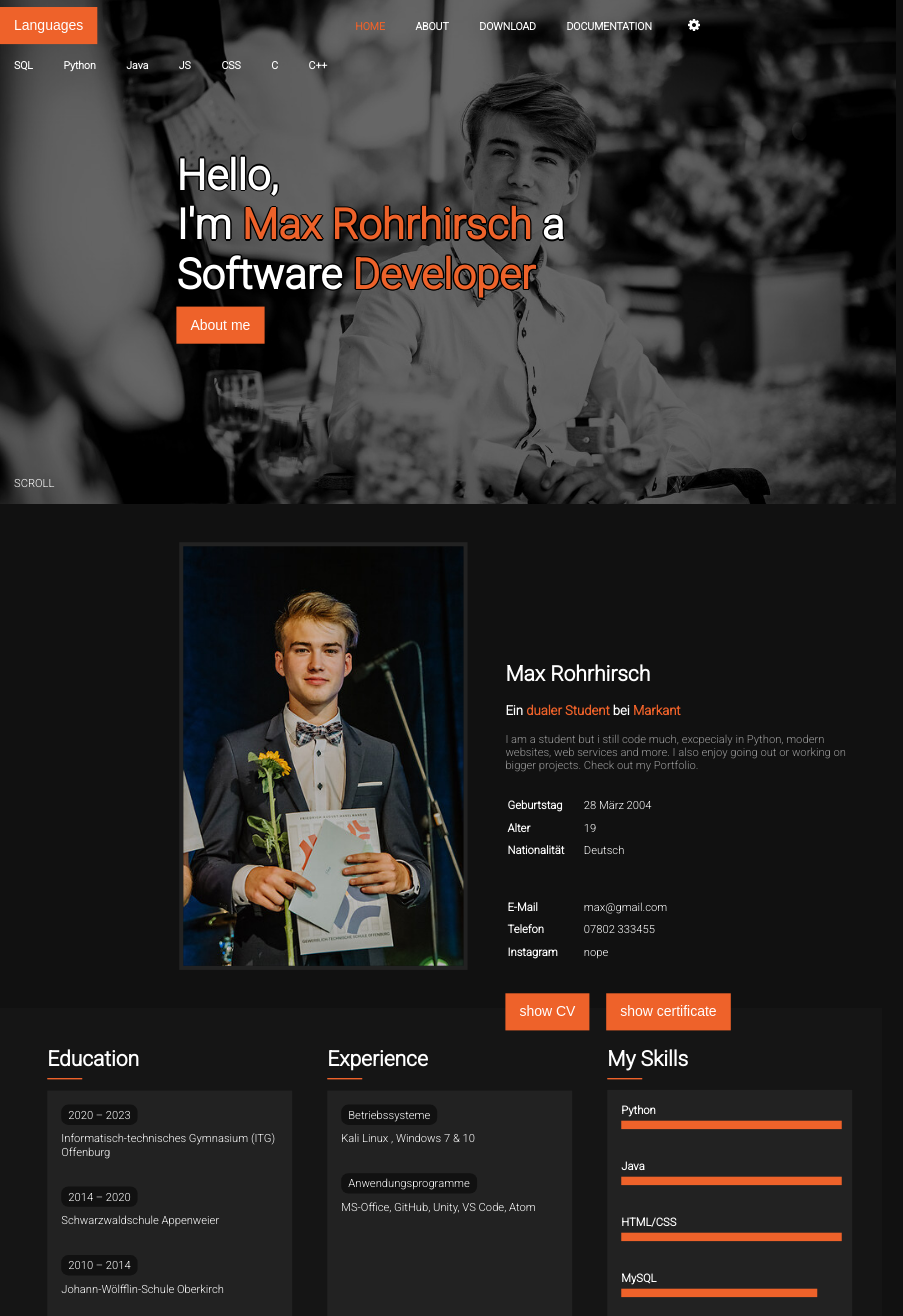
Repository: Max-Rohrhirsch/Max-Rohrhirsch.github.io
Page: index.html
These files come from the project's save history. The page is drawn as it stood at one moment and after the next save; the edit follows.
The browser window is 1280 px wide. The page is 1290 px wide, so the pictures cover 1290 px, including what lies to the right of the window. The pictures show the part of the page from y = 0 to 1880 px (the page is 2903 px tall), at 70% of full size.

Above is the page before, as saved 2023-10-15 15:18:02.

### index.html
<html>
    <head>
        <title>My Portfolio</title>

        <meta name="viewport" content="width=device-width, initial-scale=1">
        <meta name="description" lang="en" content="Documentation of many things I learned">
        <meta name="keywords" content="HTML, CSS, JavaScript, Coding, max">
        <meta name="author" content="Rohrhirsch Max">

        <link rel="preconnect" href="https://fonts.googleapis.com">
        <link rel="preconnect" href="https://fonts.gstatic.com" crossorigin>
        <link href="https://fonts.googleapis.com/css2?family=Roboto:wght@300&display=swap" rel="stylesheet">
        <link rel="stylesheet" href="https://cdnjs.cloudflare.com/ajax/libs/font-awesome/4.7.0/css/font-awesome.min.css">

        <link rel="stylesheet" href="/style.css">
        <link rel="icon" type="image/x-icon" href="/Bilder/favicon.ico">
    </head>
    <body>
        <div class="header">
            <a href="#home"><colored>HOME</colored></a>
            <a href="#about">ABOUT</a>
            <a href="#downloads">DOWNLOAD</a>
            <a href="/documentation/documentation.html">DOCUMENTATION</a>

            <a class="settings">
                <span class="icon"><i class="fa fa-gear" style="font-size:20px;"></i></span>
                <button class="text" onclick='document.querySelector(":root").style.setProperty("--main-special-color", "#ee622a")'></button>
                <button class="text" onclick='document.querySelector(":root").style.setProperty("--main-special-color", "#2e7f49")'></button>
                <button class="text" onclick='document.querySelector(":root").style.setProperty("--main-special-color", "#d83131")'></button>
                <button class="text" onclick='document.querySelector(":root").style.setProperty("--main-special-color", "#194e94")'></button>
            </a>

            <div class="dropdown" style="float:left;">
                <button class="dropbtn">Languages</button>
                <div class="dropdown-content" style="left:0;">
                    <a href="/documentation/languages/sql/sql.html">SQL</a>
                    <a href="/documentation/languages/python/python.html">Python</a>
                    <a href="/documentation/languages/java/java.html">Java</a>
                    <a href="/documentation/languages/js.html">JS</a>
                    <a href="/documentation/languages/css.html">CSS</a>
                    <a href="/documentation/languages/c.html">C</a>
                    <a href="/documentation/languages/cpp.html">C++</a>
                </div>
            </div>
        </div>

        <!-- ------ HOME ----- -->
        <div class="home block" id="home">
            <h1>
                Hello,<br>
                I'm <colored>Max Rohrhirsch</colored> a <br>
                Software <colored><span id="rotating">Developer</span></colored><br>
                <button onclick="window.location.href='#about';">About me</button>
            </h1>

            <img src="/Bilder/Ich bwl.jpg" class="BGIMG">
            <a id="scroll" href="#about">SCROLL</a>
        </div>

        <!-- ------ ABOUT ----- -->
        <div class="about block" id="about">
            <img src="/Bilder/Ich zeugnis.jpg">

            <div id="info">
                <h2>Max Rohrhirsch</h2>
                <h3>Ein <colored>dualer Student</colored> bei <colored>Markant</colored></h3>
                <p>
                    I am a student but i still code much,
                    excpecialy in Python, modern websites,
                    web services and more.
                    I also enjoy going out or working on bigger projects. Check out my Portfolio.
                </p>
                <table id="table1">
                    <tr>
                        <th>Geburtstag</th>
                        <td>28 März 2004</td>
                    </tr>
                    <tr>
                        <th>Alter</th>
                        <td>19</td>
                    </tr>
                    <tr>
                        <th>Nationalität</th>
                        <td>Deutsch</td>
                    </tr>
                </table>
                <table id="table2">
                    <tr>
                        <th>E-Mail</th>
                        <td>max@gmail.com</td>
                    </tr>
                    <tr>
                        <th>Telefon</th>
                        <td>07802 333455</td>
                    </tr>
                    <tr>
                        <th>Instagram</th>
                        <td>nope</td>
                    </tr>
                </table><br>
                <button>show CV</button>
                <button>show certificate</button>
            </div>
        </div>

        <!-- ------ EXPERIENCE ----- -->
        <div class="exper block">
            <div class="centered">
                <div class="ed" style="left: 0;">
                    <h2>Education</h2>
                    <hr>
                    <div class="edBlock">
                        <p>
                            <date style="margin-top: 0;">2020 – 2023</date><br>    Informatisch-technisches Gymnasium (ITG) Offenburg<br>
                            <date>2014 – 2020</date><br>    Schwarzwaldschule Appenweier<br>
                            <date>2010 – 2014</date><br>	Johann-Wölfflin-Schule Oberkirch
                        </p>
                    </div>
                </div>
                <div class="ed" style="left: 400px;">
                    <h2>Experience</h2>
                    <hr>
                    <div class="edBlock">
                        <p>
                            <date style="margin-top: 0;">Betriebssysteme</date><br>	Kali Linux , Windows 7 & 10<br>
                            <date>Anwendungsprogramme</date><br>MS-Office, GitHub, Unity, VS Code, Atom
                        </p>
                    </div>
                </div>
                <div class="ed" style="left: 800px;">
                    <h2>My Skills</h2>
                    <hr>
                    <div class="edBlock" style="left: 700px;">
                        <div id="skill">
                            Python      <span class="line" style="width: 90%;"></span><br>
                            Java        <span class="line" style="width: 90%;"></span><br>
                            HTML/CSS    <span class="line" style="width: 90%;"></span><br>
                            MySQL       <span class="line" style="width: 80%;"></span><br>
                            C/C++       <span class="line" style="width: 60%;"></span><br>
                            Javascript  <span class="line" style="width: 60%;"></span>
                        </div>
                    </div>
                </div>
            </div>
        </div>

        <!-- ------ DOWNLOAD ----- -->
        <div class="downloads block" id="downloads">
            <h2><colored>Downloads</colored></h2>
            <div class="downloadButtons">
                <button onclick='document.querySelectorAll(".downBlock").forEach(a=>a.style.display = "none");document.getElementById("down1").style.display = "inline-flex";'>new OS</button>
                <button onclick='document.querySelectorAll(".downBlock").forEach(a=>a.style.display = "none");document.getElementById("down2").style.display = "inline-flex";'>small Python</button>
                <button onclick='document.querySelectorAll(".downBlock").forEach(a=>a.style.display = "none");document.getElementById("down3").style.display = "inline-flex";'>assistent</button>
                <button onclick='document.querySelectorAll(".downBlock").forEach(a=>a.style.display = "none");document.getElementById("down4").style.display = "inline-flex";'>Search Engine</button>
                <button onclick='document.querySelectorAll(".downBlock").forEach(a=>a.style.display = "none");document.getElementById("down5").style.display = "inline-flex";'>Transcoder</button>
            </div>

            <!-- ----------- Many diverent download blocks ---------- -->
            <div class="downBlock" id="down1">
                <div class="download">
                    <a class="downEl" href="/Bilder/ich 4.jpg" download>
                        bin/
                    </a>
                    <a class="downEl" href="" download>
                        README.md
                    </a>
                </div>
                <div class="downInfo">
                    <h2><colored>Repository</colored></h2>
                    <a>github.com/dddddd/heehhh</a>
                    <hr>
                    <h2><colored>Version</colored></h2>
                    <p>3.4.1</p>
                </div>
            </div>

            <div class="downBlock" id="down2">
                <div class="download">
                    <a class="downEl" href="/Bilder/ich 4.jpg" download>
                        home/
                    </a>
                    <a class="downEl" href="" download>
                        README.md2
                    </a>
                </div>
                <div class="downInfo">
                    <h2><colored>Repository</colored></h2>
                    <a>github.com/dddddd/heehhh</a>
                    <hr>
                    <h2><colored>Version</colored></h2>
                    <p>3.4.1</p>
                </div>
            </div>

            <div class="downBlock" id="down3">
                <div class="download">
                    <a class="downEl" href="/Bilder/ich 4.jpg" download>
                        usr/
                    </a>
                    <a class="downEl" href="" download>
                        README.md3
                    </a>
                </div>
                <div class="downInfo">
                    <h2><colored>Repository</colored></h2>
                    <a>github.com/dddddd/heehhh</a>
                    <hr>
                    <h2><colored>Version</colored></h2>
                    <p>3.4.1</p>
                </div>
            </div>

            <div class="downBlock" id="down4">
                <div class="download">
                    <a class="downEl" href="/Bilder/ich 4.jpg" download>
                        usr/
                    </a>
                    <a class="downEl" href="" download>
                        README.md4
                    </a>
                </div>
                <div class="downInfo">
                    <h2><colored>Repository</colored></h2>
                    <a>github.com/dddddd/heehhh</a>
                    <hr>
                    <h2><colored>Version</colored></h2>
                    <p>3.4.1</p>
                </div>
            </div>

            <div class="downBlock" id="down5">
                <div class="download">
                    <a class="downEl" href="/Bilder/ich 4.jpg" download>
                        usr/
                    </a>
                    <a class="downEl" href="" download>
                        README.md5
                    </a>
                </div>
                <div class="downInfo">
                    <h2><colored>Repository</colored></h2>
                    <a>github.com/dddddd/heehhh</a>
                    <hr>
                    <h2><colored>Version</colored></h2>
                    <p>3.4.1</p>
                </div>
            </div>

        </div>

        <!-- ------ SCRIPT FOR HEADER ----- -->
        <script>
            var scrollTrigger = 60;

            window.onscroll = function() {
                if (window.scrollY >= scrollTrigger || window.pageYOffset >= scrollTrigger) {
                    document.getElementsByClassName("header")[0].classList.add("active");
                } else {
                    document.getElementsByClassName("header")[0].classList.remove("active");
                }
            };
        </script>
    </body>
</html>

### style.css
:root {
    --main-special-color: #ee622a;
    --main-bg-color: #111;
    transition: 3s;
    scroll-behavior: smooth;
}

body {
    background-color: var(--main-bg-color);
    color: white;
    overflow-x: hidden;

    font-family: 'Roboto', sans-serif;
    margin: 0;
}



/* ----------------------------- MAIN STUFF --------------------------------------- */


/* ---- NAVIGATIONBAR ---- */

.active { background-color: #222}

.header {
    font-size: 15px;
    color: white;

    position: fixed;
    user-select: none;
    z-index: 2;
    display: inline-block;
    font-weight: 900;

    right: 0;
    top: 0;
    width:100%
}

.header a {
    margin: 20px;
    line-height: 60px;
    color: white;
    text-decoration: none;
}

.header:hover { cursor: pointer }


/* ---- SCROLL ---- */

#scroll {
    position: absolute;
    bottom: 20px;
    left: 20px;

    color: white;
    text-decoration: none;
}
#scroll:hover { cursor: pointer }


/* ---- Settings ---- */

.header .settings {
    color: white;
    text-decoration: none;

    border-radius: 60px;

    display: inline-flex;
    align-items: center;
    overflow:hidden;

    height: 32px;
    max-width: 32px;

    -webkit-transition: max-width 0.5s;
    transition: max-width 0.5s;
}

.header .settings:hover {
    max-width: 300px;
    background-color: #222;
}

.icon {
    font-family: "Font Awesome 5 Free";
    font-size: 16px;
    padding: 0px 8px;
    display: flex;
    align-items: center;
}

.header .text {
    padding: 5px;

    background-color:#ee622a;
    border-radius: 50%;

    width: 20px;
    height: 20px;
    margin-right: 5px;
    margin-top: 0;
}

.header .text:nth-child(2) { background-color: #ee622a }
.header .text:nth-child(3) { background-color: #2e7f49 }
.header .text:nth-child(4) { background-color: #d83131 }
.header .text:nth-child(5) { background-color: #194e94 }

/* ----- BLOCK ----- */

.block {
    width: calc(100vw - 20px);
    height: calc(100vh);
    display: flex;
}

.BGIMG {
    width: 100%;
    height: 100%;

    object-fit: cover;
    position: absolute;
    filter: brightness(40%);
    z-index: 0;

    top: 0;
    left: 0;
}


/* ------------------------------ HOME ----------------------------------- */

.home h1 {
    font-size: 60px;
    position: relative;
    z-index: 1;

    margin-top: 50vh;
    transform: translate(0, -50%);
    margin-left: 20%;

    text-shadow: 2px 0 #000, -2px 0 #000, 0 2px #000, 0 -2px #000,
             1px 1px #000, -1px -1px #000, 1px -1px #000, -1px 1px #000;

    height: 290px;
}

button {
    color: white;
    background-color: var(--main-special-color);

    padding: 15px 20px;
    border: none;
    margin-top: 10px;

    font-size: 20px;
    z-index: 1;
}
button:hover {
    cursor: pointer;
    transition: all 0.2s ease-in-out;
    box-shadow: 0 0 30px var(--main-special-color);
}

colored { color: var(--main-special-color) }


/* ------------------------------- ABOUT ------------------------------------- */

.about {
    background-color: #111;
}

.about img {
    width: 400px;

    position: absolute;
    left: 20vw;
    margin-top: 50vh;
    transform: translate(0, -50%);

    border: 6px solid #222;
}

#info {

    margin-top: 50vh;
    margin-left: calc(20% + 450px);
    transform: translate(0, -50%);

    width: 600px;
    padding: 20px;
}

h2 { font-size: 30px }

p {
    width: 500px;
    color: #999;
}

.about table {
    display: inline-block;
    text-align: left;
    margin-top: 15px;

    height: 130px;
    width: 290px;
}

table th { width: 105px }
table tr { height: 30px }
.about button { margin-right: 20px }


/* ------------------------------ EXPERIENCE ----------------------------------- */

.exper { background-color: #151515 }

.centered {
    position: absolute;

    width: 1185px;
    height: 700px;

    margin-top: 50vh;
    margin-left: 50vw;
    transform: translate(-50%, -50%);
}

.exper hr {
    color: var(--main-special-color);
    background-color: var(--main-special-color);

    height: 2px;
    width: 50px;

    margin-left: 0;
    margin-top: -15px;
    margin-bottom: 15px;

    border: none;
}

.centered .ed {
    width: 350px;
    height: 600px;

    display: block;
    position: absolute;
    text-align: left;
    padding: 20px;
}

.edBlock:hover {
    cursor: pointer;

    -webkit-box-shadow:0px 0px 41px 10px rgba(45,255,196,0.21);
    -moz-box-shadow: 0px 0px 41px 10px rgba(45,255,196,0.21);
    box-shadow: 0px 0px 41px 10px rgba(45,255,196,0.21);
}

.centered .ed .edBlock {
    height: 500px;
    width: 350px;

    background-color: #222;
}

/* ----- texts ----- */
.edBlock date {
    background-color: #111;
    padding:5px 10px;
    border-radius: 10px;
    top: 20px;
    display: inline-block;
    margin-bottom: 10px;
    margin-top: 40px;
    width: auto;
}
.edBlock p{
    padding: 20px;
    display: block;
    color: white;
    max-width: 350px;

}
.edBlock .line {
    height: 12px;
    min-width: 50%;
    background-color: var(--main-special-color);
    display: block;
    margin-bottom: 25px;
    margin-top: 5px;


}
#skill {
    padding: 20px;
    font-weight: bold;
    width: 350px;
}

/* ------------------------------ Downloads ----------------------------------- */

.downloads {
    background-color: #111;
    display: block;
    height: calc(100vh - 200px);
}
.downloads h2 {
    margin-left: 20vw;
    margin-top: 20vh;
}

.downloadButtons {
    margin-left: 20vw;
    width: 60vw;
}
.downloadButtons button {
    background-color:#111;
    color: yellow;

    border-bottom: 1px solid yellow;

    width: calc(55vw / 5);
}



.downBlock {
    margin-left: 20vw;
    margin-top: 50px;
    display: none;
}
.download {
    border:1px solid #999;
    border-radius: 5px;

    width: 40vw;
    height: 400px;
}
.downEl {
    border: 1px solid #999;
    color: white;
    font-weight: bold;
    font-size: 15px;
    display: block;

    padding: 5px;
    padding-left: 10px;
}
.downEl:hover {
    cursor: pointer;
    background-color: #222;
}

/* ----- color buttons ----- */
.downloadButtons button:nth-child(1) {
    color:#ee622a;
    border-bottom: 1px solid #ee622a;
}
.downloadButtons button:nth-child(1):hover {
    background-color: #7c3b21;
    color: white;
    box-shadow: 0 0 30px #7c3b21;
}

.downloadButtons button:nth-child(2) {
    color:#ffcd3a;
    border-bottom: 1px solid #ffcd3a;
}
.downloadButtons button:nth-child(2):hover {
    background-color: #7c641c;
    color: white;
    box-shadow: 0 0 30px #7c641c;
}

.downloadButtons button:nth-child(3) {
    color:#9d0908;
    border-bottom: 1px solid #9d0908;
}
.downloadButtons button:nth-child(3):hover {
    background-color: #520404;
    color: white;
    box-shadow: 0 0 30px #520404;
}

.downloadButtons button:nth-child(4) {
    color:#c836c3;
    border-bottom: 1px solid #c836c3;
}
.downloadButtons button:nth-child(4):hover {
    background-color: #5b38ad;
    color: white;
    box-shadow: 0 0 30px #5b38ad
}

.downloadButtons button:nth-child(5) {
    color:#4697e0;
    border-bottom: 1px solid #4697e0;
}
.downloadButtons button:nth-child(5):hover {
    background-color: #194e94;
    color: white;
    box-shadow: 0 0 30px #194e94;
}


/* ---------- Info ---------- */

#down1 {
    display: inline-flex;
}


/* ----- Info ----- */

.downInfo {
    padding-left: 20px;
    display: block;

    width: 20vw;
    margin: 0;
}
.downInfo h2 {
    font-size: 20px;

    margin: 0;
    margin-bottom: 10px;
}
.downInfo a {
    color: white;
    font-weight: bold;

}
.downInfo a:hover {
    cursor: pointer;
}
.downInfo hr {
    margin: 0;
    margin-top: 5px;
    margin-bottom: 20px;

    width: 15vw;
    height: 1px;

    background-color: #999;
}
.downInfo p {
    color: white;
    font-weight: bold;

}

After the next save:
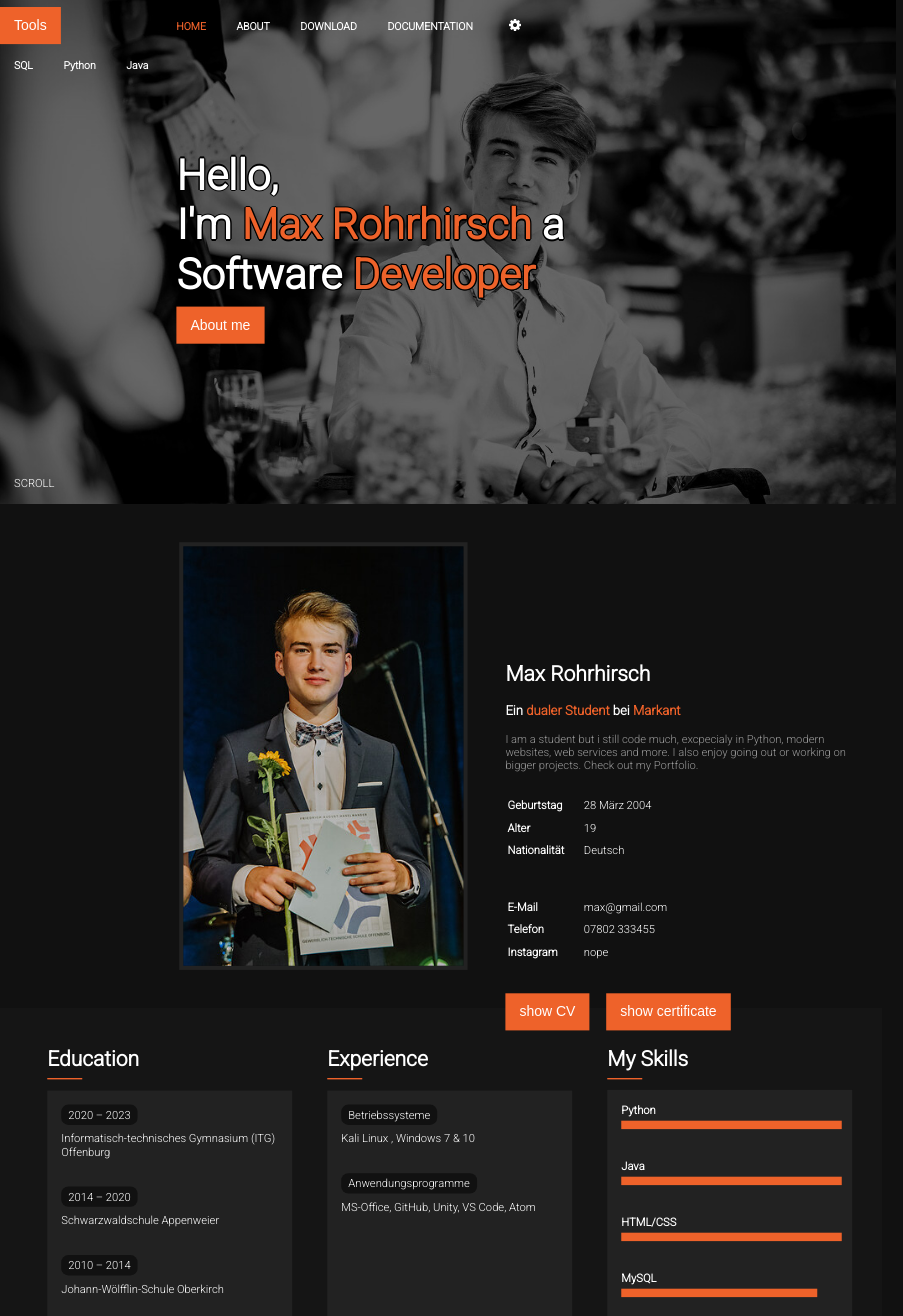
Saved 13 s later.
--- a/index.html
+++ b/index.html
@@ -31,15 +31,11 @@
             </a>
 
             <div class="dropdown" style="float:left;">
-                <button class="dropbtn">Languages</button>
+                <button class="dropbtn">Tools</button>
                 <div class="dropdown-content" style="left:0;">
                     <a href="/documentation/languages/sql/sql.html">SQL</a>
                     <a href="/documentation/languages/python/python.html">Python</a>
                     <a href="/documentation/languages/java/java.html">Java</a>
-                    <a href="/documentation/languages/js.html">JS</a>
-                    <a href="/documentation/languages/css.html">CSS</a>
-                    <a href="/documentation/languages/c.html">C</a>
-                    <a href="/documentation/languages/cpp.html">C++</a>
                 </div>
             </div>
         </div>
